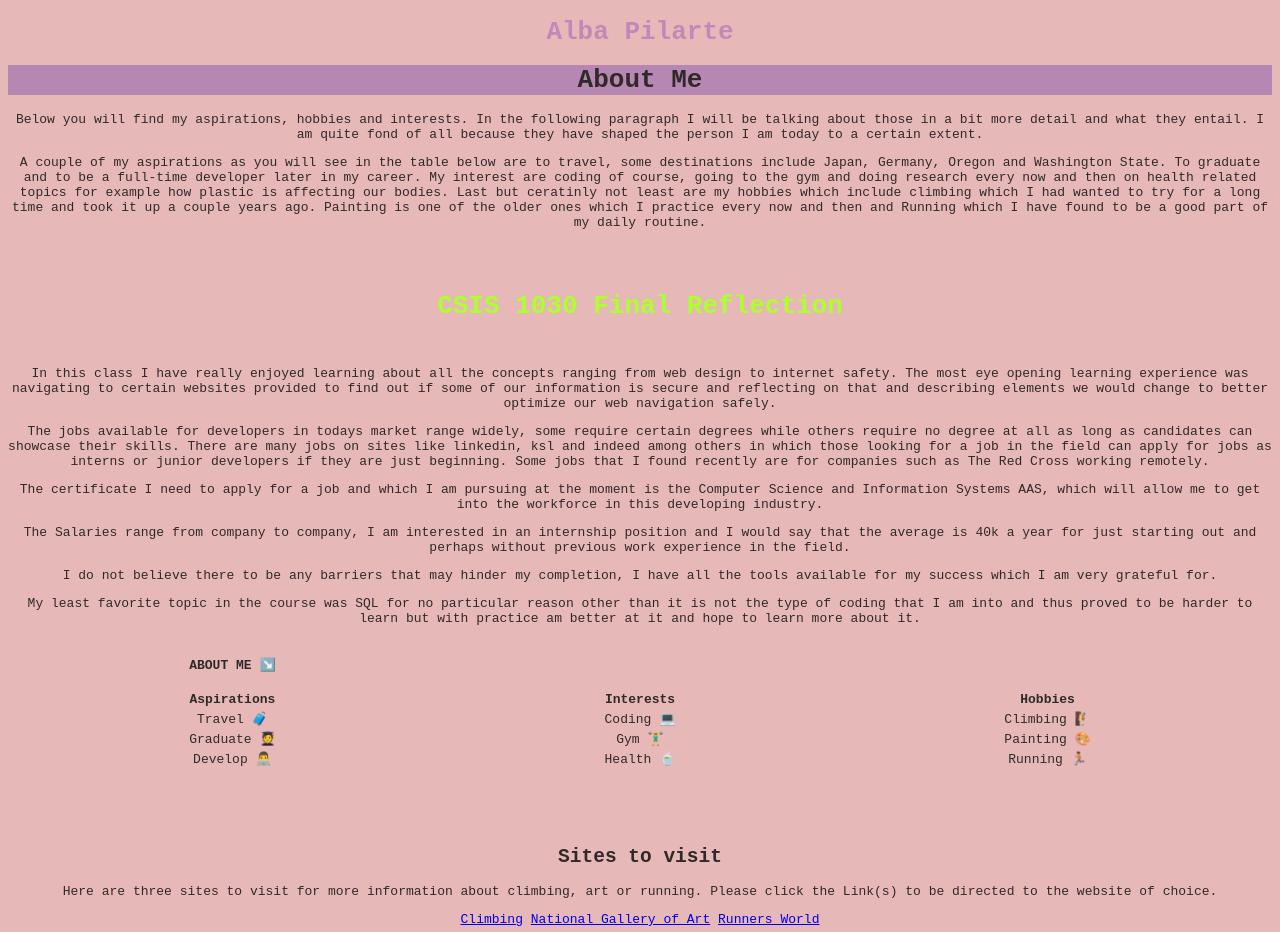
Repository: pilar122/e-portfolio
Page: index.html
An editor plug-in stored every save of this project. The page is shown before and after the next save, followed by the edit.
The browser window is 1280 px wide. The pictures show the whole page.

Above is the page before, as saved 2022-04-24 14:08:03.

After the next save:
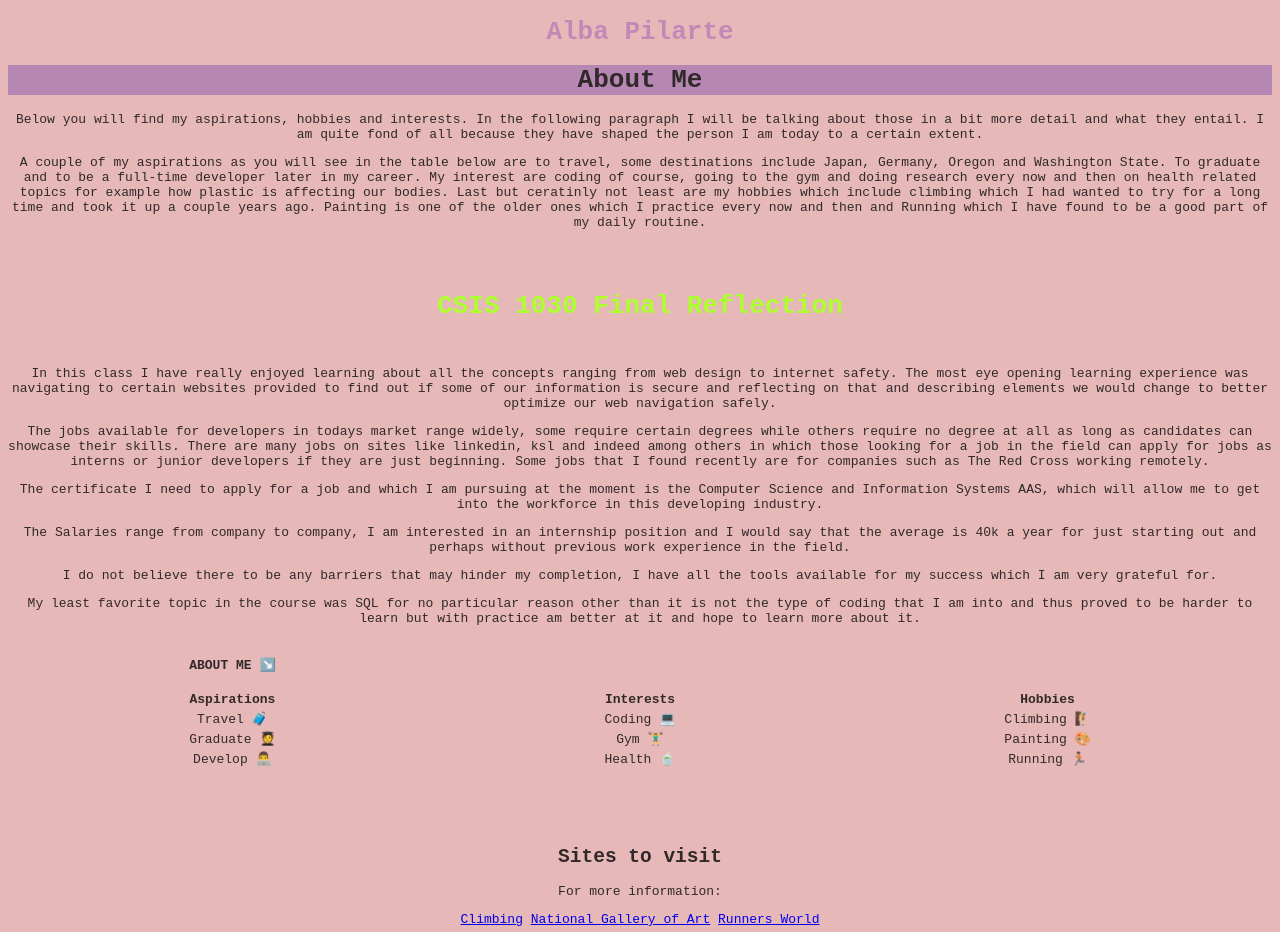
Saved 3 min 49 s later.
--- a/index.html
+++ b/index.html
@@ -68,7 +68,8 @@ body {
     <div class="div2">
     <footer>
         <h2>Sites to visit</h2>
-        <p>Here are three sites to visit for more information about climbing, art or running. Please click the Link(s) to be directed to the website of choice. </p>
+
+        <p>For more information: </p>
         <a href="https://www.climbing.com">Climbing</a>
         <a href="https://www.nga.gov/collection/drawings/american-drawings.html">National Gallery of Art</a>
         <a href="https://www.runnersworld.com/runners-stories/">Runners World</a>
